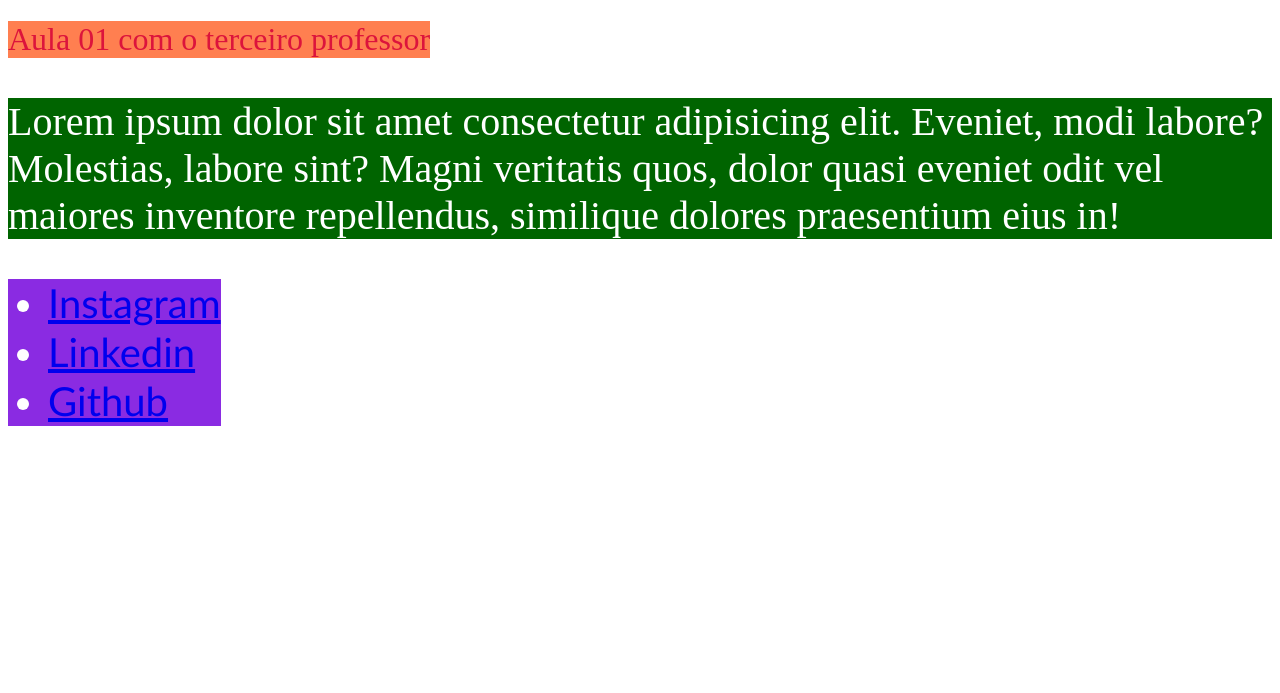
Repository: geracao-11/aula-01-pt2
Page: index.html
An editor plug-in stored every save of this project. The page is shown before and after a run of saves, followed by the edit.
The browser window is 1280 px wide. The pictures show the whole page.

Above is the page before, as saved 2025-04-09 10:43:40.

### index.html
<!DOCTYPE html>
<html lang="en">
  <head>
    <meta charset="UTF-8" />
    <meta name="viewport" content="width=device-width, initial-scale=1.0" />
    <title>AULA 01</title>
    <link rel="stylesheet" href="style.css">
</head>
  <body>
    <header></header>
    <main>
      <h1>Aula 01 com o terceiro professor</h1>
      <div>
        <p>Lorem ipsum dolor sit amet consectetur adipisicing elit. Eveniet, modi labore? Molestias, labore sint? Magni veritatis quos, dolor quasi eveniet odit vel maiores inventore repellendus, similique dolores praesentium eius in!</p>
      </div>
      <div>
        <ul>
            <li>
                <a href="https://www.instagram.com/">Instagram</a>
            </li>
            <li>
                <a href="https://www.linkedin.com/feed/?trk=guest_homepage-basic_google-one-tap-submit">Linkedin</a>
            </li>
            <li>
                <a href="https://github.com/">Github</a>
            </li>
        </ul>
      </div>
    </main>
    <footer></footer>
  </body>
</html>

### style.css
main {
    font-size: 40px;
}

h1 {
    font-size: 32px;
    font-weight: lighter;
    color: crimson;
    background-color: coral;
    max-width: fit-content;
}

div {
    max-width: fit-content;
    background-color: darkgreen;
    color: white;
}

ul {
    background-color: blueviolet;
}
a {
    font-family: 'Trebuchet MS', 'Lucida Sans Unicode', 'Lucida Grande', 'Lucida Sans', Arial, sans-serif;
}

After the next 3 saves:
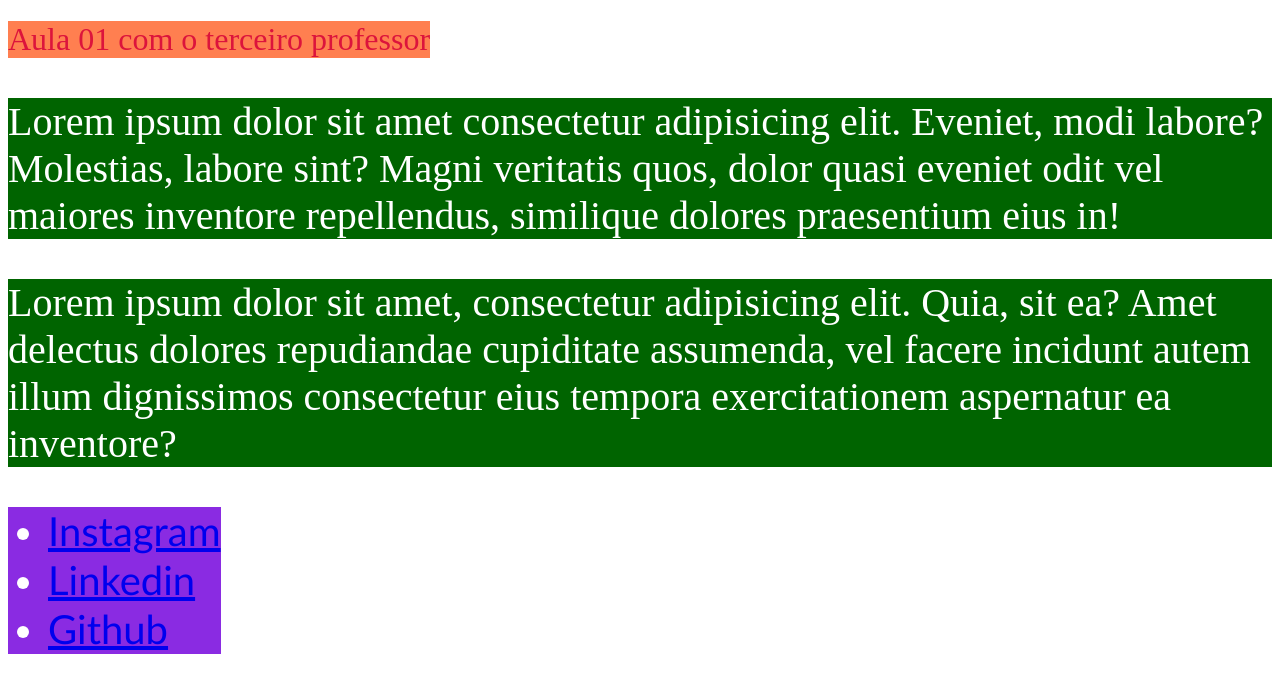
The 3 saves are shown as one change because they came seconds apart.
The last was saved 50 s later.
--- a/index.html
+++ b/index.html
@@ -12,6 +12,11 @@
       <h1>Aula 01 com o terceiro professor</h1>
       <div>
         <p>Lorem ipsum dolor sit amet consectetur adipisicing elit. Eveniet, modi labore? Molestias, labore sint? Magni veritatis quos, dolor quasi eveniet odit vel maiores inventore repellendus, similique dolores praesentium eius in!</p>
+      </div>
+      <div>
+        <p>
+            Lorem ipsum dolor sit amet, consectetur adipisicing elit. Quia, sit ea? Amet delectus dolores repudiandae cupiditate assumenda, vel facere incidunt autem illum dignissimos consectetur eius tempora exercitationem aspernatur ea inventore?
+        </p>
       </div>
       <div>
         <ul>
